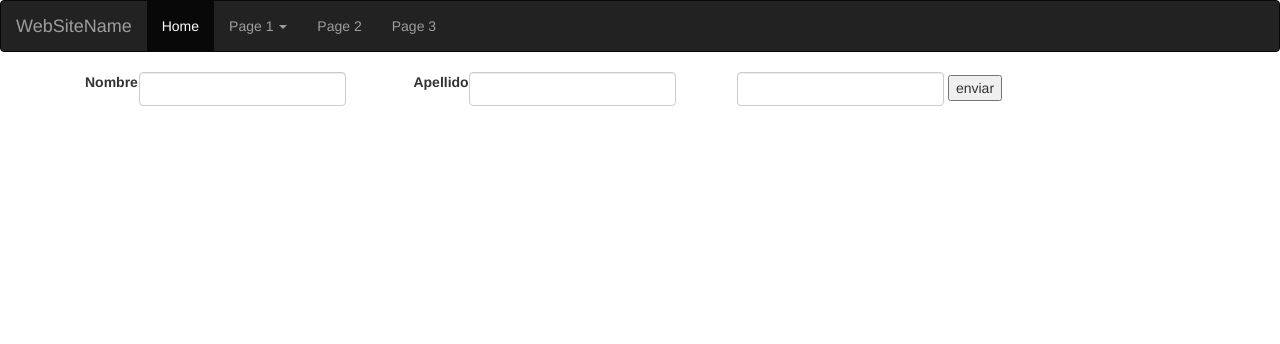
Repository: UAQJavaEveris/ProyectoFinalJuanCarlos
Page: http://localhost/WebCliente/
The author's editor kept a copy of each file at every save. The page is drawn from the files as they stood at one save, then again after the next save.
The browser window is 1280 px wide. The pictures show the whole page.
Some web libraries are served in a nearby version. The page is served by Tomcat 9. Other server files are loaded and not shown.

Above is the page before, as saved 2016-12-10 02:58:32.

### WebCliente/WebContent/index.jsp
<%@ page language="java" contentType="text/html; charset=ISO-8859-1"
    pageEncoding="ISO-8859-1"%>
<!DOCTYPE html PUBLIC "-//W3C//DTD HTML 4.01 Transitional//EN" "http://www.w3.org/TR/html4/loose.dtd">
<html>
<head>
<meta http-equiv="Content-Type" content="text/html; charset=ISO-8859-1">
<title>Pagina Principal</title>
<meta charset="utf-8">
  <meta name="viewport" content="width=device-width, initial-scale=1">
  <link rel="stylesheet" href="https://maxcdn.bootstrapcdn.com/bootstrap/3.3.7/css/bootstrap.min.css">
  <script src="https://ajax.googleapis.com/ajax/libs/jquery/3.1.1/jquery.min.js"></script>
  <script src="https://maxcdn.bootstrapcdn.com/bootstrap/3.3.7/js/bootstrap.min.js"></script>
</head>
<body>
<nav class="navbar navbar-inverse">
  <div class="container-fluid">
    <div class="navbar-header">
      <a class="navbar-brand" href="#">WebSiteName</a>
    </div>
    <ul class="nav navbar-nav">
      <li class="active"><a href="#">Home</a></li>
      <li class="dropdown">
        <a class="dropdown-toggle" data-toggle="dropdown" href="#">Page 1
        <span class="caret"></span></a>
        <ul class="dropdown-menu">
          <li><a href="#">Page 1-1</a></li>
          <li><a href="#">Page 1-2</a></li>
          <li><a href="#">Page 1-3</a></li>
        </ul>
      </li>
      <li><a href="#">Page 2</a></li>
      <li><a href="#">Page 3</a></li>
    </ul>
  </div>
</nav>
<div class="container">
<form  class="form-inline" action="Controller" method="Post">
<div class="form-group">
     <label class="control-label col-sm-2" for="nombre">Nombre:</label>
    <div class="col-sm-10">
    <input  class="form-control" type="txt" name="nombre"><br>
    </div>
  </div>
  <div class="form-group">
  <label  class="control-label col-sm-2" for="apellidos">Apellidos:</label>
  <div class="col-sm-10">
  <input class="form-control"  type="txt" name="apellidos"><br>
  </div>
  </div>
 <div class="form-group">
 <label class="sr-only" for="logros">logroes:</label>
<input class="form-control"  type="txt" name="logros"><br>
</div>
<input type="submit" value="enviar"></input>
</form><br>
</div>
<%
String nombre_variable = (String)session.getAttribute("exito");
%>
</body>
</html>

After the next save:
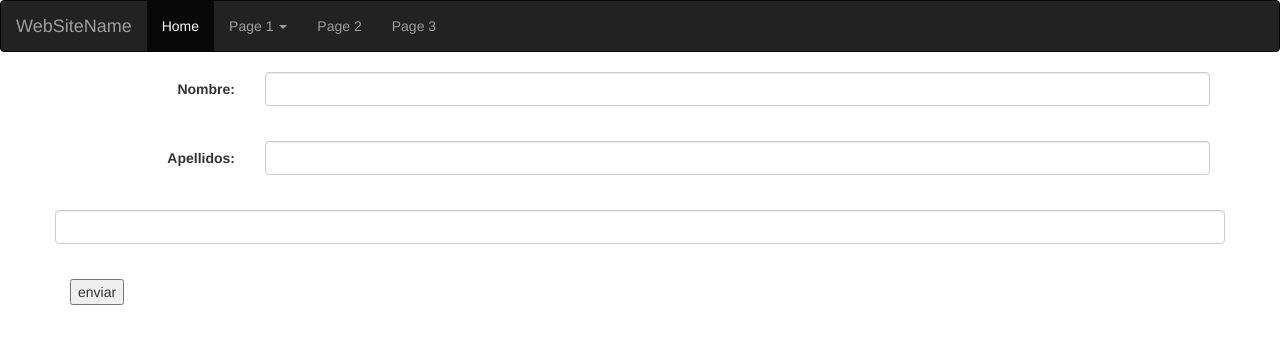
Saved 26 s later.
--- a/WebCliente/WebContent/index.jsp
+++ b/WebCliente/WebContent/index.jsp
@@ -34,7 +34,7 @@
   </div>
 </nav>
 <div class="container">
-<form  class="form-inline" action="Controller" method="Post">
+<form  class="form-horizontal" action="Controller" method="Post">
 <div class="form-group">
      <label class="control-label col-sm-2" for="nombre">Nombre:</label>
     <div class="col-sm-10">
